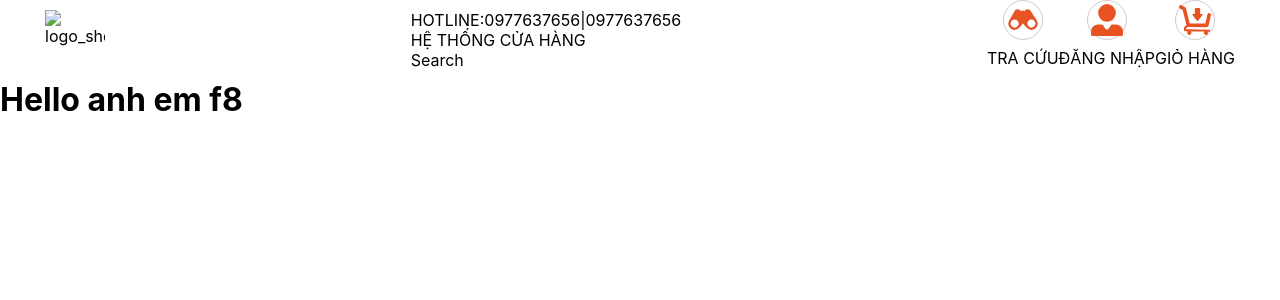
Repository: manhhieu120499/BadmintonShop
Page: /
The author's editor kept a copy of each file at every save. The page is drawn from the files as they stood at one save, then again after the next save.
The browser window is 1280 px wide. The pictures show the whole page.
The project was rebuilt for these pictures with package versions that can differ from the ones it lists, and the page was loaded fresh each time.

Above is the page before, as saved 2024-08-19 09:54:35.

After the next save:
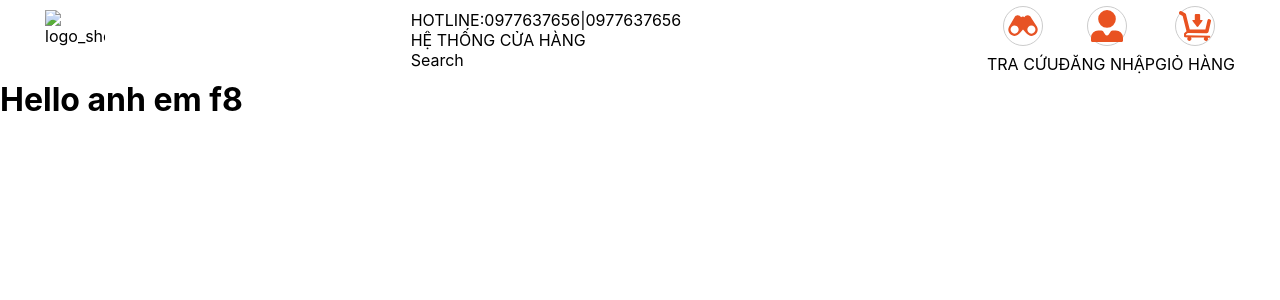
Saved 24 s later.
--- a/src/layouts/components/Header/Header.module.scss
+++ b/src/layouts/components/Header/Header.module.scss
@@ -15,5 +15,5 @@
 
 .other {
 	display: flex;
-	height: 100%;
+	align-items: center;
 }
